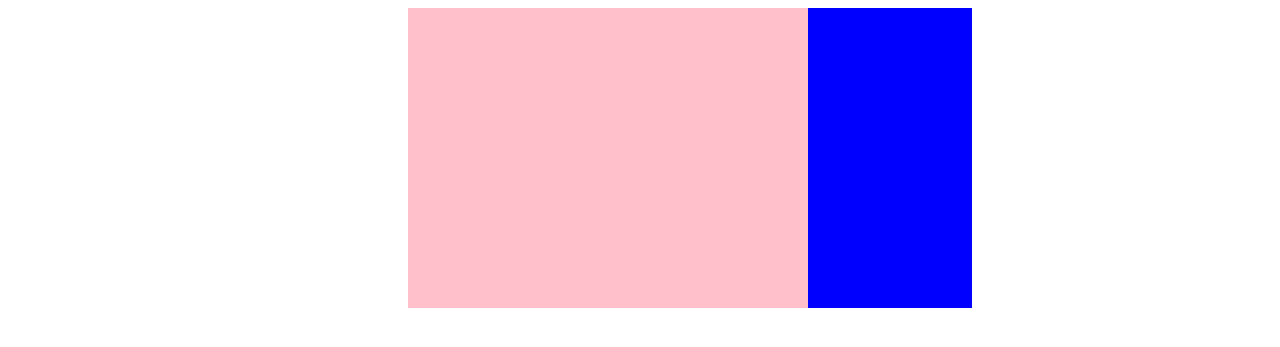
Repository: MMXiaohang/frontend-interview-coding
Page: 17.三栏布局.html
An editor plug-in stored every save of this project. The page is shown before and after the next save, followed by the edit.
The browser window is 1280 px wide. The pictures show the whole page.

Above is the page before, as saved 2022-04-01 11:08:14.

### 17.三栏布局.html
<!DOCTYPE html>
<html lang="en">
<head>
    <meta charset="UTF-8">
    <meta http-equiv="X-UA-Compatible" content="IE=edge">
    <meta name="viewport" content="width=device-width, initial-scale=1.0">
    <title>Document</title>
    <style>
        #container{
            /* display: flex;   */
            padding-left: 400px;
            padding-right: 300px;
            height: 300px;
            overflow: auto;
        }

        #container div{
            float: left;
            height: 100%;
        }

        #center{
            /* flex: 1 1 400px;   */
            width: 100%;
            background-color: blue;
        }

        #left{
            position: relative;
            width: 400px;
            /* /* left: -400px; */
            margin-left: -100%;
            background-color: pink;
        }

        #right{
            width: 300px;
            /* margin-right: -300px; */
            background-color: aqua;
        }
    </style>
</head>
<body>
    <div id="container">
        <div id="center"></div>
        <div id="left"></div>
        <!-- <div id="center"></div>  flex -->
        <div id="right"></div>
    </div>
</body>
</html>

After the next save:
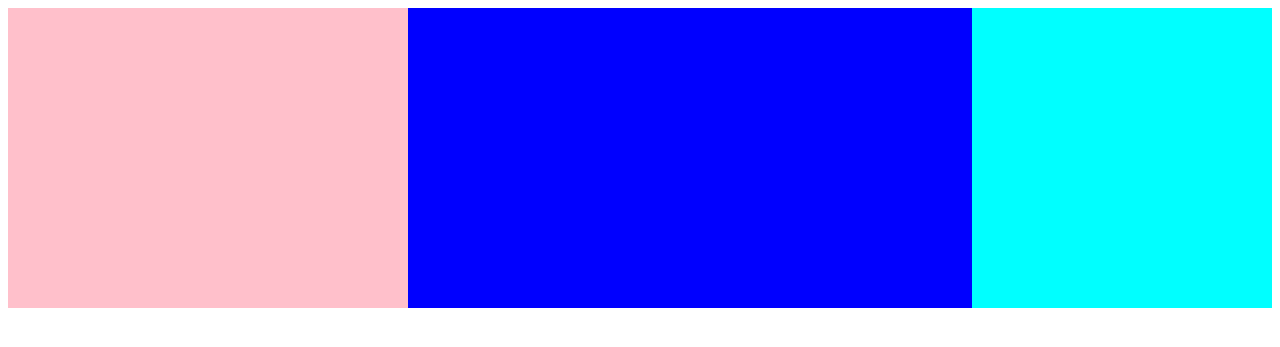
Saved 19 s later.
--- a/17.三栏布局.html
+++ b/17.三栏布局.html
@@ -28,14 +28,14 @@
         #left{
             position: relative;
             width: 400px;
-            /* /* left: -400px; */
+            left: -400px;
             margin-left: -100%;
             background-color: pink;
         }
 
         #right{
             width: 300px;
-            /* margin-right: -300px; */
+            margin-right: -300px;
             background-color: aqua;
         }
     </style>
